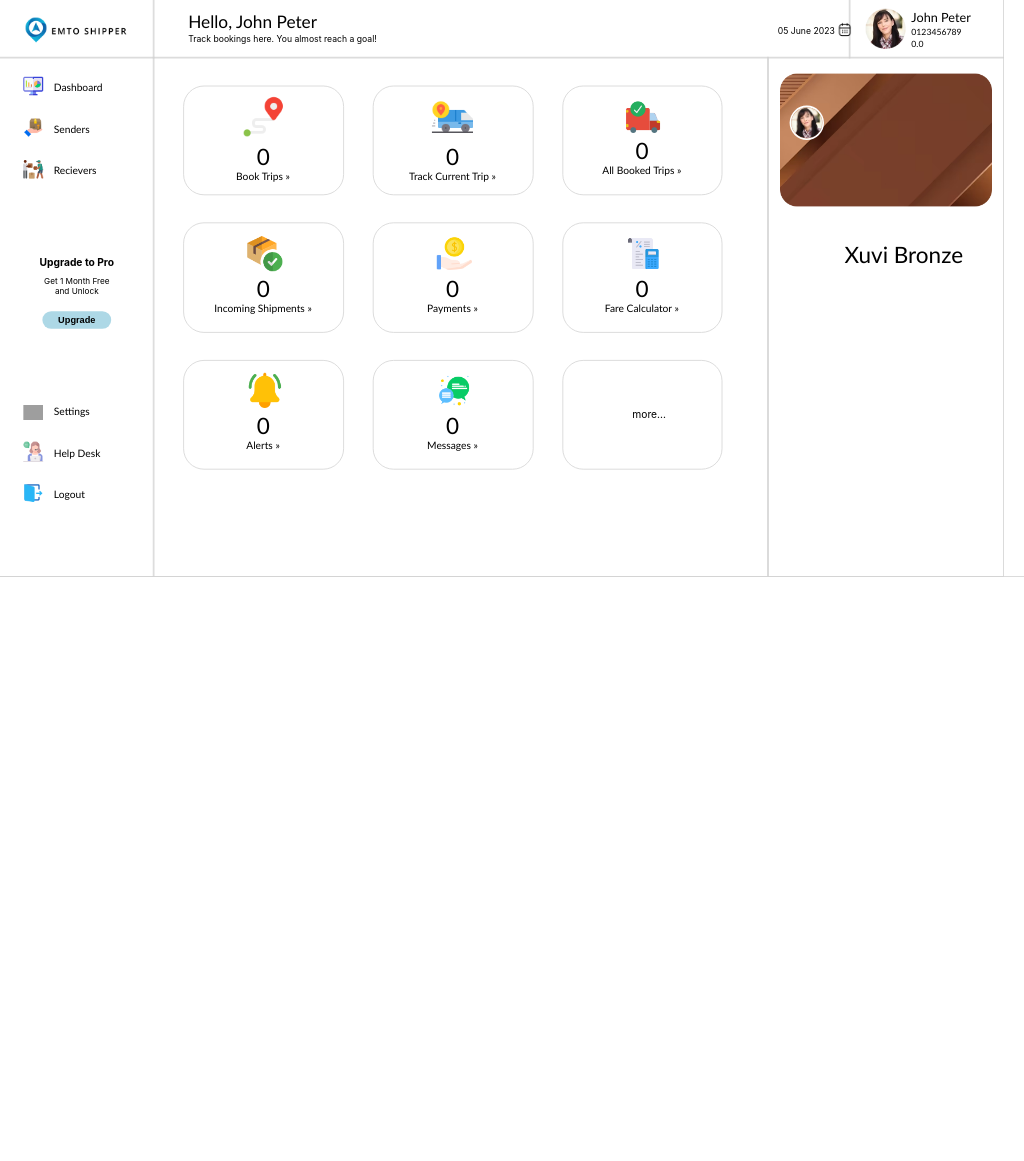
Repository: RoshanArun/Emto-Web
Page: /dashboard (app in emto/reactfirst/)
An editor plug-in stored every save of this project. The page is shown before and after a run of saves, followed by the edit.
The browser window is 1280 px wide. The pictures show the whole page, at 80% of full size.
Pictures or frames that could not be fetched are drawn as grey boxes. The project was rebuilt for these pictures with package versions that can differ from the ones it lists, and the page was loaded fresh each time. Also part of the build but not shown: emto/reactfirst/src/pages/SignUp/SignUp.css, emto/reactfirst/src/pages/SignUp/SignUp.js, emto/reactfirst/src/pages/Login/Login.js.

Above is the page before, as saved 2023-07-30 02:26:45.

After the next 2 saves:
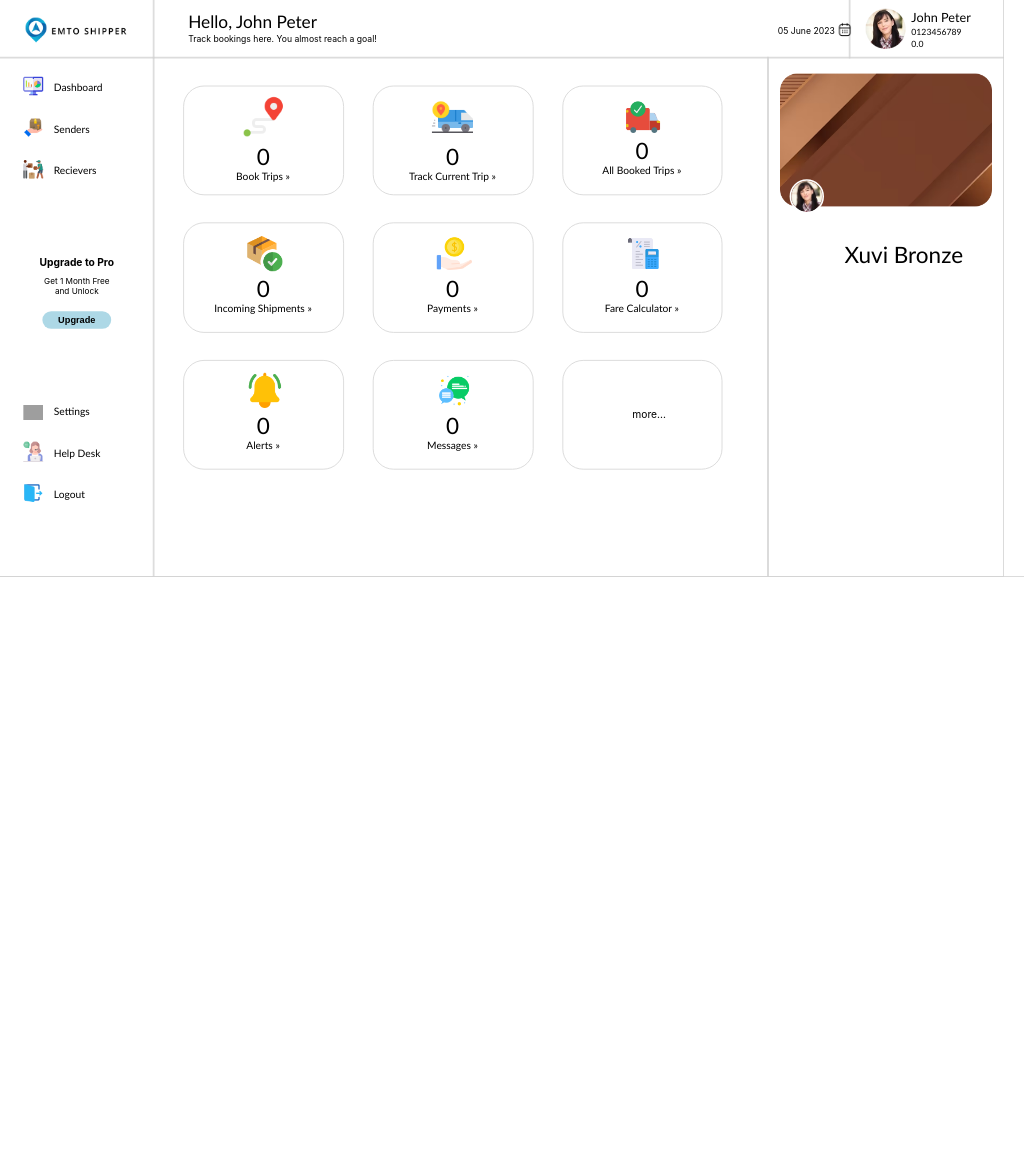
The 2 saves are shown as one change because they came seconds apart.
The last was saved 7 s later.
--- a/emto/reactfirst/src/pages/DashBoard/DashBoard.css
+++ b/emto/reactfirst/src/pages/DashBoard/DashBoard.css
@@ -253,7 +253,7 @@
   position: relative;
   display: flex;
   left: 10%;
-  top: -10vw;
+  top: -5vh;
   outline: 2px solid white;
   border-radius: 205px;
   min-width: 35px;
